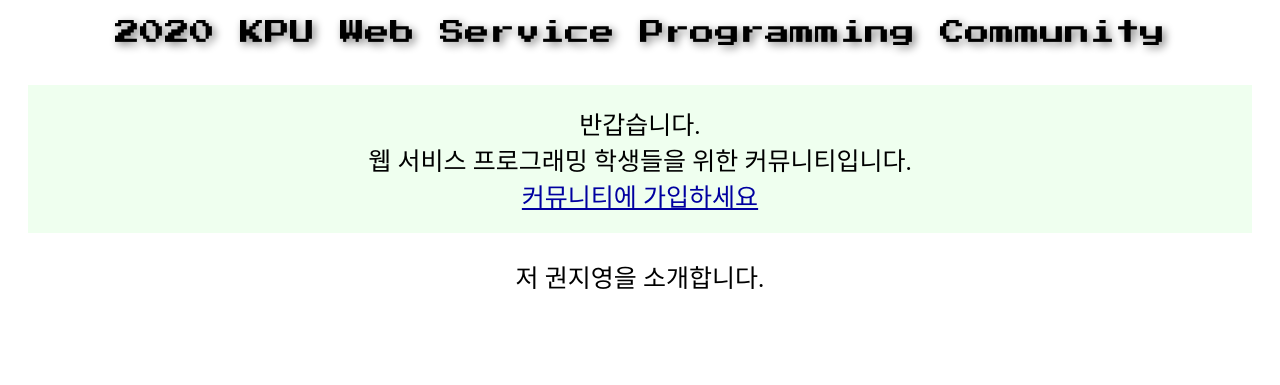
Repository: JiYoung-Kwon/WebProgramming
Page: workspace_20206R/kwonjiyoung_reg/WebContent/welcome.html
An editor plug-in stored every save of this project. The page is shown before and after the next save, followed by the edit.
The browser window is 1280 px wide. The pictures show the whole page.
Some web fonts or font styles are not loaded; a fallback is used.

Above is the page before, as saved 2020-10-07 07:29:51.

### workspace_20206R/kwonjiyoung_reg/WebContent/welcome.html
<!DOCTYPE html>
<html>

<head>
<meta charset="UTF-8">
<title>Web Service Programming Homework</title>
<link rel = "stylesheet" href="resources/register.css" type="text/css"></link>
</head>

<body>
	<header> 2020 KPU Web Service Programming Community </header>

	<audio src="resources/물방울 - Tido Kang.mp3" autoplay>
	</audio>


	<p id=sect>반갑습니다. <br> 웹 서비스 프로그래밍 학생들을 위한 커뮤니티입니다. <br>
		<a href="http://localhost:8080/kwonjiyoung_reg/StudentServlet?cmd=join" target="_self" > 커뮤니티에 가입하세요</a>
	</p>

	<div>
		<p> 저 권지영을 소개합니다. </p>
	</div>
</body>
</html>

### workspace_20206R/kwonjiyoung_reg/WebContent/resources/register.css
@charset "UTF-8";
@import url('https://fonts.googleapis.com/css2?family=Press+Start+2P&display=swap');
@import url('https://fonts.googleapis.com/css2?family=Nanum+Pen+Script&display=swap');
	header
	{
		margin : 20px 10px 40px 10px;
		font-family: 'Press Start 2P', cursive;
		font-size: 25px;
		text-shadow: 3px 3px 8px gray;
		text-align: center;
	}
	body{
		color: black;
		font-family: 'Nanum Pen Script', cursive;
		font-size: 25px;
	}
	div{
		margin-left: auto;
		margin-right: auto;
		width: 70%;
		text-align: center;
	}
	ul{
		list-style:none;
		text-align:left;
		background-color:#FAFEE2;
		margin-left:20px;
		margin-right: 20px;
		padding-top:20px; padding-bottom:20px;
	}
	#sect{
		background-color:#EFFFEF;
		text-align:center;
		margin:20px;
		padding:20px;
	}
	a{
		text-decoration: underline;
		color: #0000a0;
	}
	table{
		border-collapse: collapse;
		width:100%;
	}
	th{
		border: 1px solid lightgray;
		padding: 5px;
		width: 30%;
	}
	td{
		border: 1px solid lightgray;
		padding: 5px;
		width: 70%;
	}

After the next save:
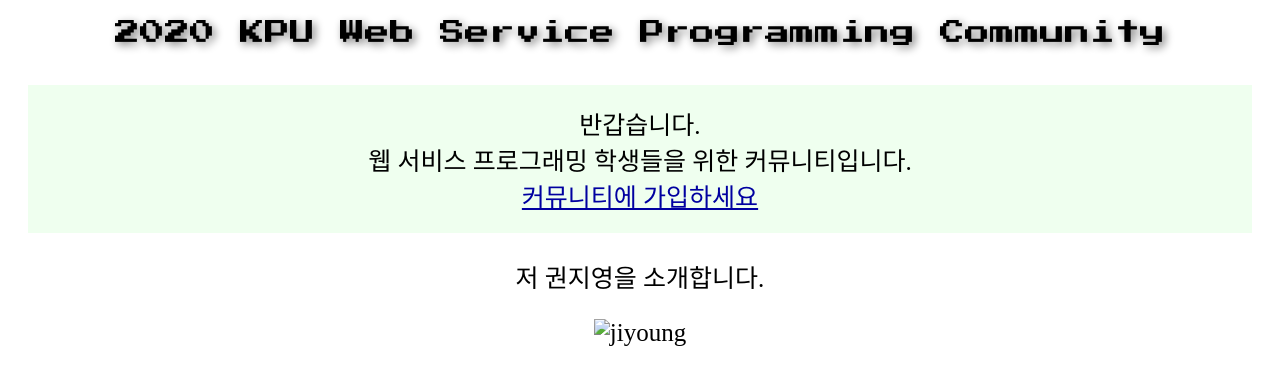
Not found: workspace_20206R/kwonjiyoung_reg/WebContent/resouces/Jiyoung.jpg
Saved 12 min 36 s later.
--- a/workspace_20206R/kwonjiyoung_reg/WebContent/welcome.html
+++ b/workspace_20206R/kwonjiyoung_reg/WebContent/welcome.html
@@ -20,6 +20,8 @@
 
 	<div>
 		<p> 저 권지영을 소개합니다. </p>
+
+		<img src = "resouces/Jiyoung.jpg" alt="jiyoung"	>
 	</div>
 </body>
 </html>
